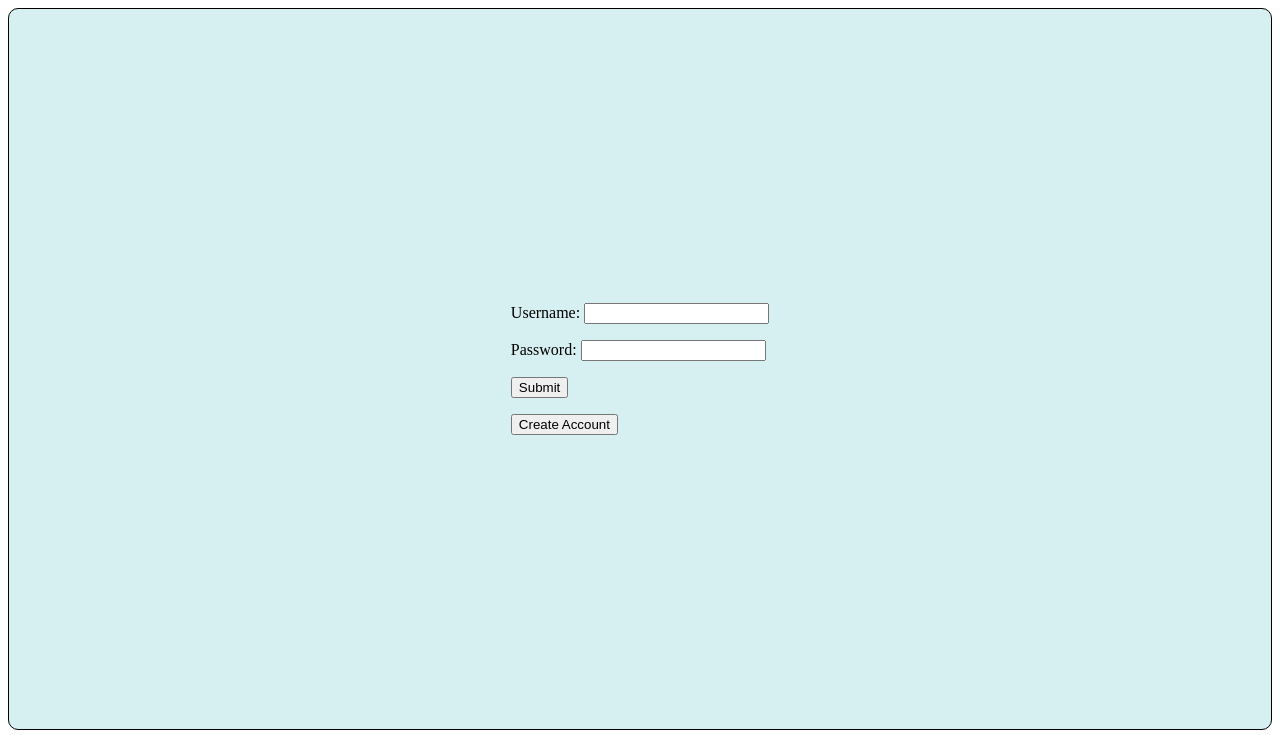
Repository: Jtho28/4830-group-project
Page: Esports-webproj/src/main/webapp/WEB-INF/Login.html
These files come from the project's save history. The page is drawn as it stood at one moment and after the next save; the edit follows.
The browser window is 1280 px wide. The pictures show the whole page.

Above is the page before, as saved 2022-11-16 20:46:53.

After the next save:
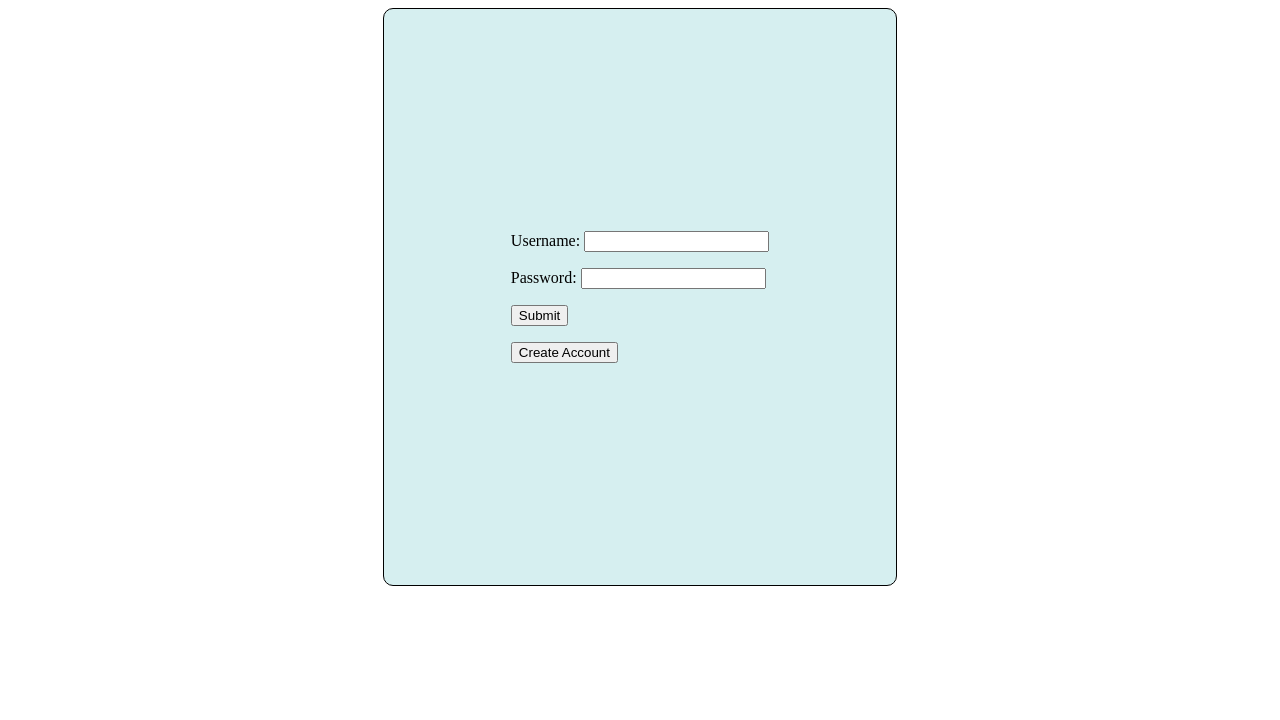
Saved 21 s later.
--- a/Esports-webproj/src/main/webapp/WEB-INF/login.css
+++ b/Esports-webproj/src/main/webapp/WEB-INF/login.css
@@ -8,8 +8,8 @@ body {
 }
 
 .login {
-	height: 100vh;
-	width: 100vw;
+	height: 80vh;
+	width: 40vw;
 	display: flex;
 	align-items: center;
 	justify-content: center;
